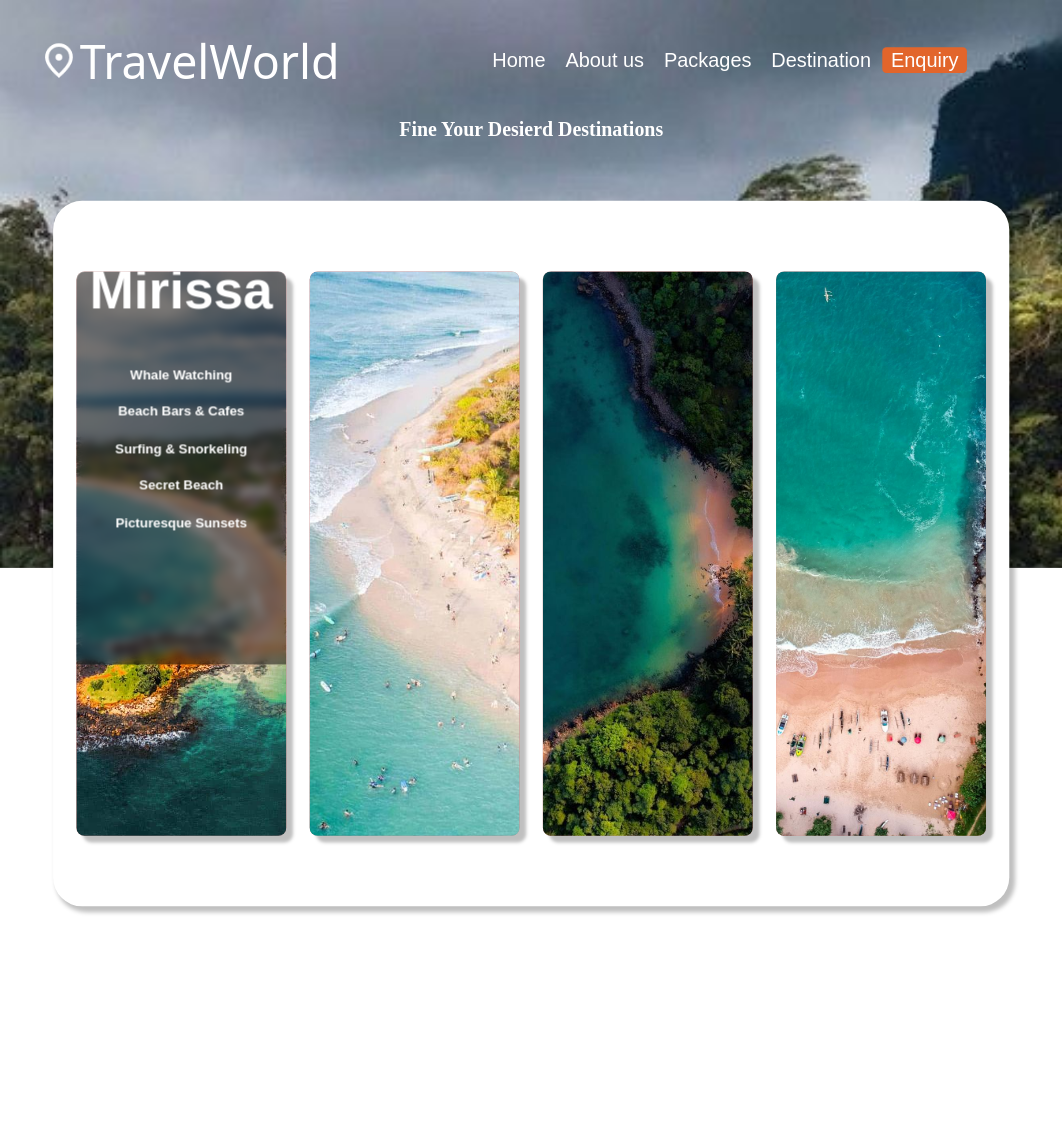
Repository: Haakim19/TavelWorld
Page: HTML/Destination.html
The author's editor kept a copy of each file at every save. The page is drawn from the files as they stood at one save, then again after the next save.
The browser window is 1280 px wide. The pictures show the whole page, at 83% of full size.
The pointer rests on the first visible `.container .box`.
Some web fonts or font styles are not loaded; a fallback is used.

Above is the page before, as saved 2024-11-02 18:03:34.

### HTML/Destination.html
<!DOCTYPE html>
<html lang="en">
    <head>
        <meta charset="UTF-8" />
		<meta name="viewport" content="width=device-width, initial-scale=1.0" />
		<title>Travel World</title>
		<link rel="stylesheet" href="../CSS/Navbar.CSS" />
        <link rel="stylesheet" href="../CSS/Destination.css">
        <link rel="preconnect" href="https://fonts.googleapis.com">
        <link rel="preconnect" href="https://fonts.gstatic.com" crossorigin>
        <link href="https://fonts.googleapis.com/css2?family=Irish+Grover&family=Jaldi:wght@400;700&family=Playwrite+GB+S:ital,wght@0,100..400;1,100..400&display=swap" rel="stylesheet">
	</head>
	<body>
        <div class="bg-img">
            <!-- Navigation Bar -->
            <nav class="navbar">
                <div class="logo">
                    <img src="../Assets/icon/location.png" alt="" />
                    Travel <span>World</span>
                </div>
                <div class="page">
                    <a href="Home.html">Home</a>
                    <a href="Aboutus.html">About us</a>
                    <a href="Packages.html">Packages</a>
                    <a href="Destination.html">Destination</a>
                    <a href="Enquiry.html" class="enquiry-btn">Enquiry</a>
                </div>
            </nav>
            <!-- Hero Section -->
            <section class="hero">
                <div class="hero-overlay">
                    <h2>Fine Your Desierd Destinations</h2>
                </div>
            </section>
            <img class="hero-img" src="../Assets/Images/WaterFall/Laxapana.jpg" alt="">
            <div class="container">
                <div class="box box1">
                        <img src="../Assets/Images/beatch/mirissa.jpg" alt="">
                        <div class="box-content">
                            <h1>Mirissa</h1>
                            <h2>Whale Watching</h2>
                            <h2>Beach Bars & Cafes</h2>
                            <h2>Surfing & Snorkeling</h2>
                            <h2>Secret Beach</h2>
                            <h2>Picturesque Sunsets</h2>
                        </div>
                </div>
                <div class="box box1">
                        <img src="../Assets/Images/beatch/Arugam bay.jpg" alt="">
                        <div class="box-content">
                            <h1>Mirissa</h1>
                            <h2>Whale Watching</h2>
                            <h2>Beach Bars & Cafes</h2>
                            <h2>Surfing & Snorkeling</h2>
                            <h2>Secret Beach</h2>
                            <h2>Picturesque Sunsets</h2>
                        </div>
                </div>
                <div class="box box1">
                        <img src="../Assets/Images/beatch/jungle beach unawatuna.jpg" alt="">
                        <div class="box-content">
                            <h1>Mirissa</h1>
                            <h2>Whale Watching</h2>
                            <h2>Beach Bars & Cafes</h2>
                            <h2>Surfing & Snorkeling</h2>
                            <h2>Secret Beach</h2>
                            <h2>Picturesque Sunsets</h2>
                        </div>
                </div>
                <div class="box box1">
                        <img src="../Assets/Images/beatch/bg-destination.jpg" alt="">
                        <div class="box-content">
                            <h1>Mirissa</h1>
                            <h2>Whale Watching</h2>
                            <h2>Beach Bars & Cafes</h2>
                            <h2>Surfing & Snorkeling</h2>
                            <h2>Secret Beach</h2>
                            <h2>Picturesque Sunsets</h2>
                        </div>
                </div>
            </div>
        </div>

</body>
</html>

### CSS/Navbar.CSS
body{
    margin: 0;
    padding: 0;
    /* background-color: #ffffff; */
}
/* Background image */
.bg-img img{
    width: 100%;
    height: 95vh;
    object-fit: cover;
    object-position: top;
    background-attachment: scroll;
}

.hero-img {
    /* filter: blur(2px); */
    position:absolute;
    top: 0;
    z-index: 1;
    background-color:black;;
}
/* Navigation bar */
nav{
    position: relative;
    display: flex;
    align-items: center;
    justify-content: space-between;
    z-index: 1000;
    padding-top: 30px;
}
.logo{
    margin-left: 5vh;
    font-family: "Irish Grover", system-ui;
    color: #ffffff;
    font-size: 3.5rem;
    display: flex;
    justify-content:center;
    align-items: center;
    padding: 5px 10px 5px 10px;
}
.logo img{
    width: 50px;
    height: 50px;
    color: #ffffff;
}

.page {
    margin-right : 16vh;

}

.page a{
    /* display: flex; */
    font-size: 1.5rem;
    color: #ffffff;
    font-family:"Jaldi", sans-serif;
    justify-content: space-evenly;
    align-items: center;
    padding: 2px 10px 2px 10px;
    text-decoration: none;
    transition: all 0.5s ease;
}
.page a:hover{
    color: #E2652B;
}
.page .enquiry-btn{
    background-color:#E2652B;
    color: white;
    border-radius: 5px;
    transition: all 0.5s ease;
}
.page .enquiry-btn:hover{
    color:#E2652B;
    background-color: rgb(255, 255, 255);
    border-radius: 5px;
}
section {
    position: relative;
    z-index: 1000;
    color: #ffffff;
    display: flex;
    flex-direction: column;
    justify-content: center;
    align-items: center;
    margin-top: 1vh;

}

.hero .hero-overlay h1 {
    /* margin-right: 10vh; */
    font-family: "Playwrite GB S", serif;
    font-weight: 700;
    font-style:oblique;
    font-size: 10rem;
    margin-bottom: -10px;
}

.hero .hero-overlay p {
    margin-left: 15vh;
    margin-top: auto;
    font-family: "Bebas Neue", sans-serif;
    font-weight: 500;
    font-style:normal;
    font-size: 3rem;
    margin-right: 10vh;
}

### CSS/Destination.css
.container{

    position: relative;
    width: 90%;
    height: 850px;
    top: -200px;
    background: #FFFFFF;
    box-shadow: 5px 5px 5px 2px rgba(0, 0, 0, 0.25);
    border-radius: 35px;
    display: flex;
    justify-content: space-evenly;
    align-items: center;
    margin-top: 35vh;
    margin-left: 5%;
    margin-right: 20%;
    margin-bottom: 10vh;
    z-index: 10;
}
.container .box {
    background-color: #cf8585;
    width: 22%;
    height: 80%;
    box-shadow: 8px 8px 4px rgba(0, 0, 0, 0.25);
    border-radius: 10px;
    overflow: hidden;
    z-index: 10;
    transition: all 0.5s ease;
}
.container .box .box-content{
    color: #fff;
    background-color: rgba(0, 0, 0, 0.5);
    display: flex;
    width: 100%;
    height: 100%;
    /* position: absolute; */
    text-align: center;
    flex-direction: column;
    justify-content: center;
    align-items: center;
    backdrop-filter: blur(5px);
    opacity: 0;
    transition: all 0.5s ease;
    font-family: "Jaldi", sans-serif;
    z-index: 1100;
}
.container .box .box-content h1{
    font-size: 4rem;
}
.container .box .box-content h2{
    text-align:justify;
    font-size: 1rem;

}
.container .box .box-content  {
    position: relative;
    top: -131.5%;
    left: 0%;
    /* transform: translateY(-100%); */

}
.container .box:hover .box-content{
    opacity: 1;
}

After the next save:
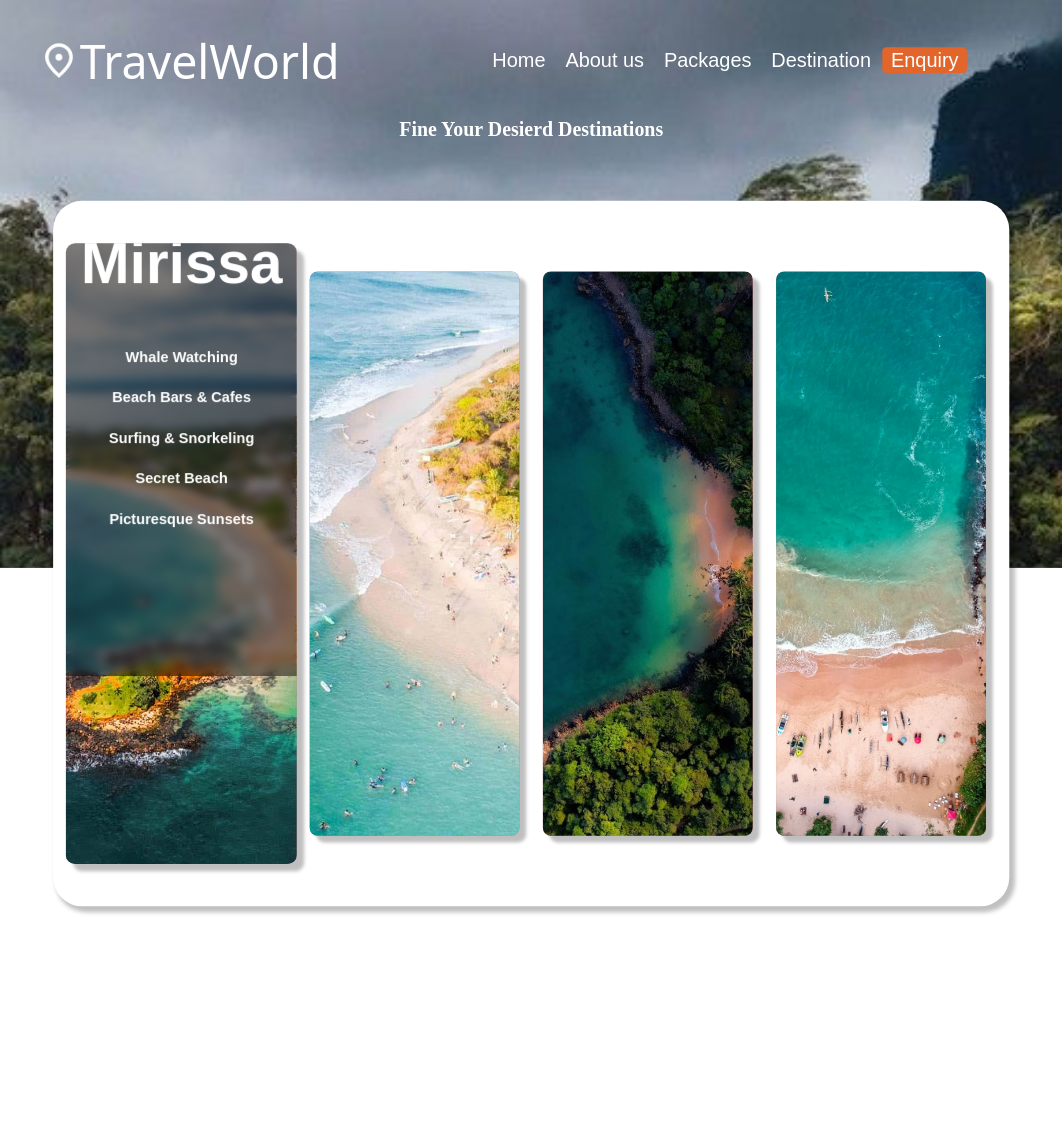
Saved 40 s later.
--- a/CSS/Destination.css
+++ b/CSS/Destination.css
@@ -61,3 +61,6 @@
 .container .box:hover .box-content{
     opacity: 1;
 }
+.container .box:hover{
+    transform: scale(1.1);
+}
